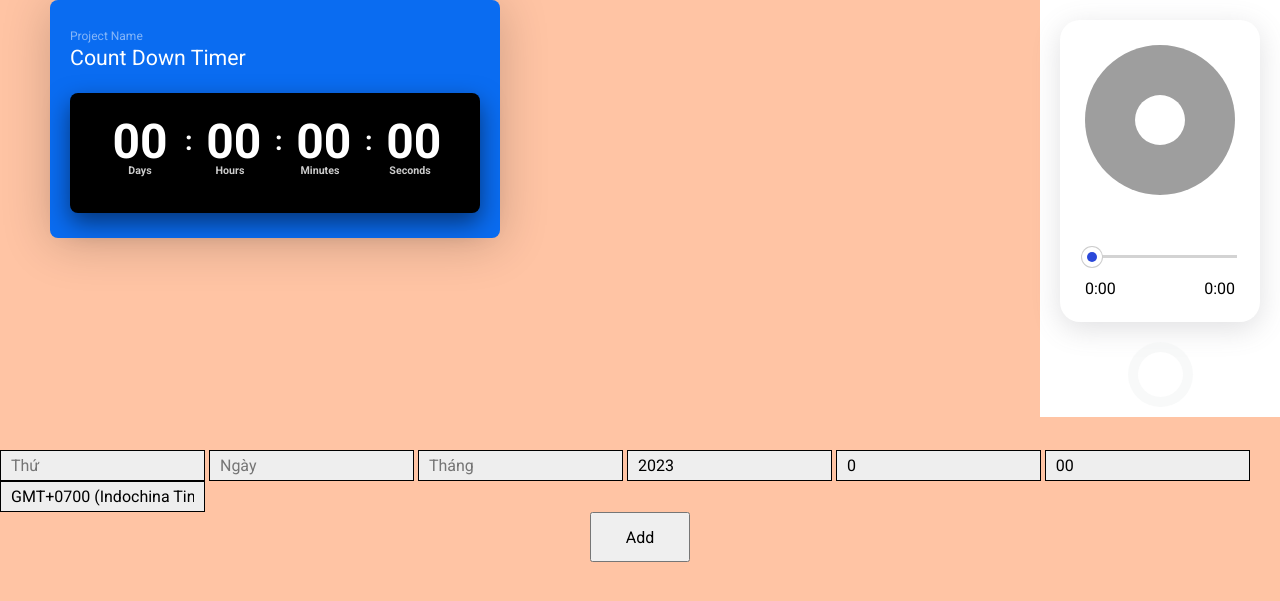
Repository: thuanpham00/CountDownTimer
Page: index.html
An editor plug-in stored every save of this project. The page is shown before and after a run of saves, followed by the edit.
The browser window is 1280 px wide. The pictures show the whole page.
Pictures or frames that could not be fetched are drawn as grey boxes. The style sheet was rebuilt from its Sass, Less or Tailwind sources for each picture, by a compiler version that may differ from the author's.

Above is the page before, as saved 2023-09-27 15:31:23.

### index.html
<!DOCTYPE html>
<html lang="en">
    <head>
        <meta charset="UTF-8" />
        <meta name="viewport" content="width=device-width, initial-scale=1.0" />
        <title>Count Down</title>
        <link rel="preconnect" href="https://fonts.googleapis.com" />
        <link rel="preconnect" href="https://fonts.gstatic.com" crossorigin />
        <link
            href="https://fonts.googleapis.com/css2?family=Roboto:wght@300;400;500;700;900&display=swap"
            rel="stylesheet"
        />
        <link rel="stylesheet" href="./assets/css/main.css" />
    </head>
    <body>
        <div class="timer">
            <div class="timer-wrapper">
                <div>
                    <label class="timer-title">Project Name</label>
                    <label class="timer-name">Count Down Timer</label>
                </div>
                <div class="counter">
                    <div class="days">
                        <div class="value" id="days">00</div>
                        <span>Days</span>
                    </div>

                    <div class="hours">
                        <div class="value" id="hours">00</div>
                        <span>Hours</span>
                    </div>

                    <div class="minutes">
                        <div class="value" id="minutes">00</div>
                        <span>Minutes</span>
                    </div>

                    <div class="seconds">
                        <div class="value" id="seconds">00</div>
                        <span>Seconds</span>
                    </div>
                </div>
            </div>
            <div class="player">
                <div class="player-box">
                    <div class="player-media">
                        <img
                            src="https://cdn.dribbble.com/users/3960463/screenshots/14630140/media/c79331860d7ca1b97430a4888617f428.png?compress=1&resize=800x600"
                            alt=""
                            class="player-image"
                        />
                    </div>
                    <div class="progress">
                        <input
                            type="range"
                            id="progress-bar"
                            min="0"
                            max=""
                            value="0"
                            class="bar"
                        />
                        <audio src="./files/holo.mp3" id="song"></audio>
                    </div>
                    <div class="player-number">
                        <span class="player-remaining">0:00</span>
                        <span class="player-duration">0:00</span>
                    </div>
                </div>
                <div class="player-tool">
                    <i class="fa fa-backward player-prev"></i>
                    <i class="fa fa-play player-play"></i>
                    <i class="fa fa-forward player-next"></i>
                </div>
            </div>
        </div>
        <form class="form-timer">
            <input type="text" name="day" placeholder="Thứ" class="dayInput" />
            <input
                type="text"
                name="date"
                placeholder="Ngày"
                class="dateInput"
            />
            <input
                type="text"
                name="month"
                placeholder="Tháng"
                class="monthInput"
            />
            <input
                type="number"
                name="year"
                placeholder="Năm"
                value="2023"
                class="yearInput"
            />
            <input
                type="number"
                name="hour"
                placeholder="Giờ"
                class="hourInput"
                value="0"
            />
            <input
                type="number"
                name="minute"
                placeholder="Phút"
                class="minuteInput"
                value="00"
            />
            <input
                type="text"
                name="GMT"
                value="GMT+0700 (Indochina Time)"
                class="hourInput"
            />
            <button class="todo__submit" type="submit">Add</button>
        </form>
        <script src="./assets/js/main.js"></script>
    </body>
</html>

### assets/js/main.js
window.addEventListener("load", function () {
    const daysText = document.querySelector("#days");
    const hoursText = document.querySelector("#hours");
    const minutesText = document.querySelector("#minutes");
    const secondsText = document.querySelector("#seconds");

    function setTimer(
        dayInput,
        monthInput,
        dateInput,
        yearInput,
        hourInput,
        minuteInput,
        gmtInput
    ) {
        let currentTime = new Date().getTime();
        const endTime = new Date(
            yearInput,
            getMonthIndex(monthInput),
            dateInput,
            hourInput,
            minuteInput
        ).getTime();

        if (isNaN(endTime) || endTime - currentTime <= 0) return;
        setInterval(changeTimer, 500);
        changeTimer();

        function changeTimer() {
            let days, hours, minutes, seconds;
            const now = new Date();
            let startTime = now.getTime();
            let countDown = parseInt((endTime - startTime) / 1000);
            if (countDown > 0) {
                days = parseInt(countDown / 86400);
                countDown = countDown % 86400;
                hours = parseInt(countDown / 3600);
                countDown = countDown % 3600;
                minutes = parseInt(countDown / 60);
                countDown = countDown % 60;
                seconds = parseInt(countDown);

                daysText.textContent = `${days}`.slice(-2);
                hoursText.textContent = `${hours}`.slice(-2);
                minutesText.textContent = `${minutes}`.slice(-2);
                secondsText.textContent = `${seconds}`.slice(-2);
            }
        }

        function getMonthIndex(monthName) {
            const months = [
                "Jan",
                "Feb",
                "Mar",
                "Apr",
                "May",
                "Jun",
                "Jul",
                "Aug",
                "Sep",
                "Oct",
                "Nov",
                "Dec",
            ];
            return months.indexOf(monthName);
        }
    }

    const formTimer = document.querySelector(".form-timer");
    formTimer.addEventListener("submit", function (e) {
        e.preventDefault();
        const dayInput = this.elements["day"].value;
        const monthInput = this.elements["month"].value;
        const dateInput = parseInt(this.elements["date"].value);
        const yearInput = parseInt(this.elements["year"].value);
        const hourInput = parseInt(this.elements["hour"].value);
        const minuteInput = parseInt(this.elements["minute"].value);
        const gmtInput = this.elements["GMT"].value;
        setTimer(
            dayInput,
            monthInput,
            dateInput,
            yearInput,
            hourInput,
            minuteInput,
            gmtInput
        );
    });
});

### scss/main.scss
html,
body,
div,
span,
applet,
object,
iframe,
h1,
h2,
h3,
h4,
h5,
h6,
p,
blockquote,
pre,
a,
abbr,
acronym,
address,
big,
cite,
code,
del,
dfn,
em,
img,
ins,
kbd,
q,
s,
samp,
small,
strike,
strong,
sub,
sup,
tt,
var,
b,
u,
i,
center,
dl,
dt,
dd,
ol,
ul,
li,
fieldset,
form,
label,
legend,
table,
caption,
tbody,
tfoot,
thead,
tr,
th,
td,
article,
aside,
canvas,
details,
embed,
figure,
figcaption,
footer,
header,
hgroup,
menu,
nav,
output,
ruby,
section,
summary,
time,
mark,
audio,
video {
    margin: 0;
    padding: 0;
    border: 0;
    font-size: 100%;
    font: inherit;
    vertical-align: baseline;
}
/* HTML5 display-role reset for older browsers */
article,
aside,
details,
figcaption,
figure,
footer,
header,
hgroup,
menu,
nav,
section {
    display: block;
}
body {
    line-height: 1;
}
ol,
ul {
    list-style: none;
}
blockquote,
q {
    quotes: none;
}
blockquote:before,
blockquote:after,
q:before,
q:after {
    content: "";
    content: none;
}
table {
    border-collapse: collapse;
    border-spacing: 0;
}

*,
::after,
::before {
    box-sizing: border-box;
}

html {
    font-size: 62.5%;
}

body {
    font-size: 1.6rem;
    font-family: "Poppins", sans-serif;
}

input,
select,
textarea,
button {
    font-size: inherit;
    font-family: inherit;
}

$continer-color: #0a6cf1;
$continer-padding: 30px 20px 10px 20px;
body {
    font-family: "Roboto", sans-serif;
    background: #ffc4a4;
    user-select: none;
}

.timer {
    position: relative;
    min-height: 400px;

    &-wrapper {
        position: absolute;
        left: 50px;
        background-color: $continer-color;
        padding: $continer-padding;
        border-radius: 8px;
        color: #fff;
        min-width: 450px;
        box-shadow: 0 5px 50px rgba(0, 0, 0, 0.2);
    }

    label {
        display: block;
    }

    &-title {
        font-size: 9pt;
        opacity: 0.5;
    }

    &-name {
        font-size: 16pt;
        margin: 5px 0;
    }

    .counter {
        padding: 25px;
        margin: 25px 0 15px 0;
        background-color: #000;
        font-weight: 700;
        border-radius: 8px;
        box-shadow: 0 10px 25px rgba(0, 0, 0, 0.5);
        min-height: 120px;

        div {
            display: inline-block;
        }
        .days,
        .hours,
        .minutes,
        .seconds {
            width: 25%;
            float: left;
            text-align: center;
            .value {
                display: block;
                font-size: 36pt;
                width: 100%;
                display: block;
            }
            span {
                font-size: 8pt;
                opacity: 0.8;
                width: 100%;
                display: block;
            }
        }
        .hours::before,
        .minutes::before,
        .seconds::before {
            content: ":";
            float: left;
            font-size: 20pt;
            position: relative;
            margin-top: 10px;
            opacity: 0.7;
            animation: pink 1s ease-in-out infinite;
        }
    }
}

@keyframes pink {
    0% {
        opacity: 1;
    }
    50% {
        opacity: 0.5;
    }
    100% {
        opacity: 1;
    }
}

.form-timer {
    margin: 50px auto 0;
    max-width: 1500px;

    input {
        padding: 5px 10px;
        outline: none;
        background: #eee;
        border: 1px solid #000;
    }

    button {
        width: 100px;
        height: 50px;
        display: block;
        margin: 0 auto;
    }
}

.player {
    position: absolute;
    right: 0;
    background-color: white;
    padding: 20px;
}

.player-box {
    box-shadow: rgba(100, 100, 111, 0.2) 0px 7px 29px 0px;
    padding: 25px;
    display: flex;
    align-items: center;
    justify-content: center;
    flex-direction: column;
    text-align: center;
    border-radius: 20px;
    max-width: 300px;
    margin: 0 auto 30px;
}

.player-media {
    position: relative;
    width: 150px;
    height: 150px;
    border-radius: 100rem;
    margin-bottom: 25px;
}
.player-media:before {
    content: "";
    width: 50px;
    height: 50px;
    background-color: white;
    border-radius: 100px;
    position: absolute;
    top: 50%;
    left: 50%;
    transform: translate(-50%, -50%);
    z-index: 10;
}

.player-image {
    width: 100%;
    height: 100%;
    object-fit: cover;
    border-radius: inherit;
}

.player-image.is-playing {
    animation: rotate 10s forwards infinite linear;
}

@keyframes rotate {
    to {
        transform: rotate(360deg);
    }
}

.progress {
    margin-bottom: 20px;
    margin-top: 25px;
}

.player-number {
    display: flex;
    justify-content: space-between;
    align-items: center;
    width: 100%;
}

.player-tool {
    display: flex;
    justify-content: center;
    align-items: center;
}

.player-play {
    color: #2b48d9;
    width: 45px;
    height: 45px;
    border-radius: 100rem;
    display: flex;
    justify-content: center;
    align-items: center;
    cursor: pointer;
    background-color: white;
    box-shadow: 0 0 0 10px rgba(242, 243, 244, 0.5);
    font-size: 16px;
    margin: 0 30px;
}

.player-next,
.player-prev {
    cursor: pointer;
    font-size: 16px;
}

.progress {
    width: 100%;
    position: relative;
}

.bar {
    -webkit-appearance: none;
    width: 100%;
    height: 3px;
    background: #d3d3d3;
    outline: none;
    -webkit-transition: 0.2s;
    transition: opacity 0.2s;
}

.bar::-webkit-slider-thumb {
    -webkit-appearance: none;
    appearance: none;
    width: 10px;
    height: 10px;
    border-radius: 100rem;
    background-color: #2b48d9;
    box-shadow: 0 0 0 5px white, 0 0 0 6px #ccc;
}

/* .bar::-webkit-slider-thumb chọn phần tử con của phần tử có lớp bar mà là "thumb" của thanh trượt (slider)
 dành cho trình duyệt WebKit (chẳng hạn như Safari hoặc Chrome).

.bar::-moz-range-thumb chọn phần tử con của phần tử có lớp bar mà là "thumb" của
thanh trượt (slider) dành cho trình duyệt Firefox (Mozilla).
*/

.bar::-moz-range-thumb {
    cursor: pointer;
    width: 10px;
    height: 10px;
    border-radius: 100rem;
    background-color: #2b48d9;
    box-shadow: 0 0 0 5px white, 0 0 0 6px #ccc;
}

After the next 2 saves:
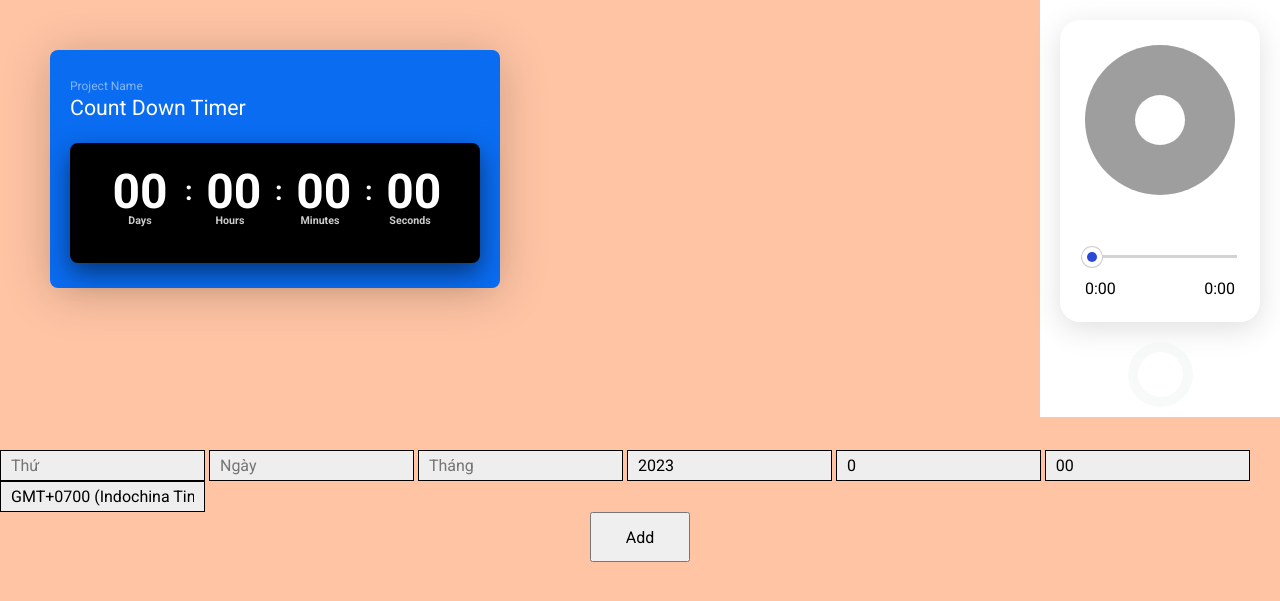
The 2 saves are shown as one change because they came seconds apart.
The last was saved 26 s later.
--- a/scss/main.scss
+++ b/scss/main.scss
@@ -161,6 +161,7 @@ body {
     &-wrapper {
         position: absolute;
         left: 50px;
+        top: 50px;
         background-color: $continer-color;
         padding: $continer-padding;
         border-radius: 8px;
